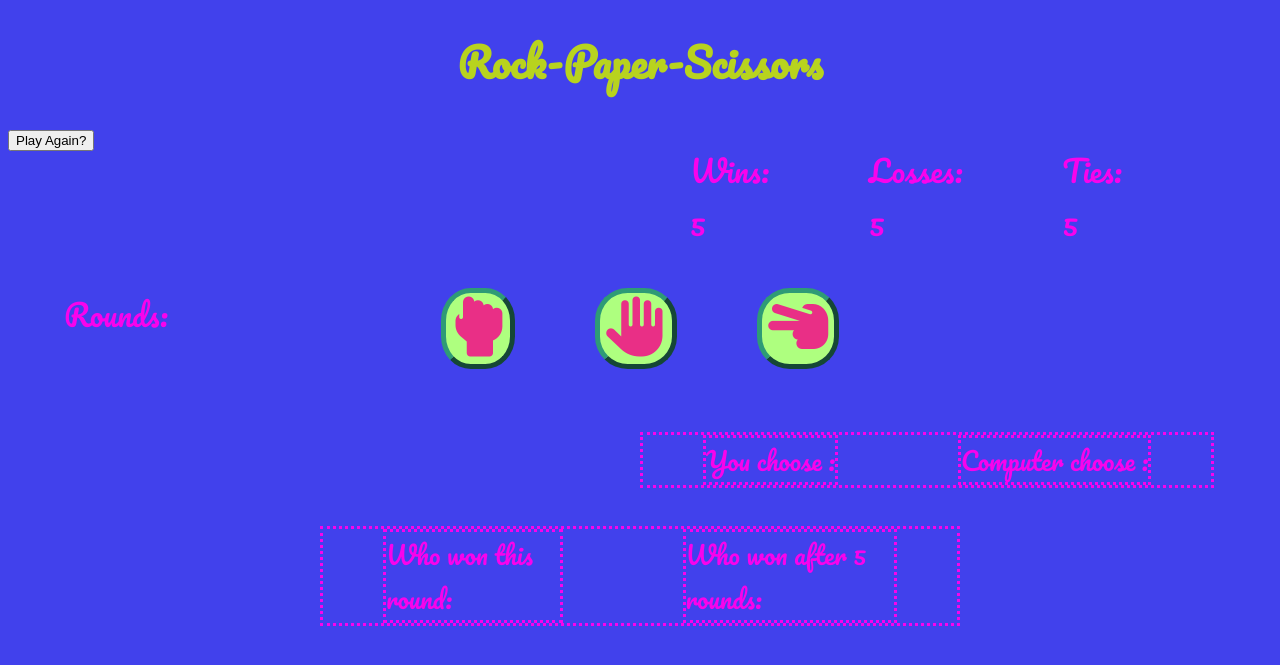
Repository: 0101chaitanya/Rock-Paper-Scissors
Page: index.html
These files come from the project's save history. The page is drawn as it stood at one moment and after the next save; the edit follows.
The browser window is 1280 px wide. The pictures show the whole page.
Some web libraries are served in a nearby version.

Above is the page before, as saved 2021-05-15 01:24:15.
Not found: linkk.js

### index.html
<!DOCTYPE html>
<html>

<head>
    <meta charset="utf-8">
    <title>Rock-Paper-Scissors</title>
    <link rel="stylesheet" href="style.css">
    <script src="https://kit.fontawesome.com/3dcaf9f6de.js" crossorigin="anonymous"></script>
    <link rel="preconnect" href="https://fonts.gstatic.com">
    <link href="https://fonts.googleapis.com/css2?family=Pacifico&display=swap" rel="stylesheet">
</head>

<body>
    <h1 id="welcome">Rock-Paper-Scissors</h1>
    <div id="div1">
        <span id="wins" class="score">Wins: 5</span>
        <span id="losses" class="score">Losses: 5</span>
        <span id="ties" class="score">Ties: 5</span>
    </div>
    <div id="div2">
        <span id="rounds">Rounds:</span>
    </div>
    <div id="div3">
        <button class="square" id="holder1" href="#"><i class="fas fa-hand-rock"></i></button>
        <button class="square" id="holder2" href="#"><i class="fas fa-hand-paper"></i></button>
        <button class="square" id="holder3" href="#"><i class="fas fa-hand-scissors"></i></button>
    </div>
    <div id="div4">
        <span id="you" class="player">You choose :</span>
        <span id="computer" class="player">Computer choose :</span>
    </div>
    <div id="div5">
        <span id="roundwin" class="round">Who won this round:</span>
        <span id="round5er" class="round">Who won after 5 rounds:</span>
    </div>
    <button id="repeat">Play Again?</button>
    <script type="text/javascript" src="linkk.js"></script>
</body>

</html>

### style.css
html{
    margin: 0;
    font-family: 'Pacifico', cursive;
    background-color:rgb(65, 65, 236);
display: block;
}

h1  {
       text-align: center;
     color:rgb(184, 211, 30) ;
    font-size: 40px;
}
#div1{
     display: flex;
     justify-content: space-evenly;
     font-size: 30px;
     color:rgb(248, 3, 236);
    position : fixed;
    top: 20%;
    left: 50%;
    right: 50%;
    }
.score {
        margin: auto 50px ;
    }
#div2 {
     display: flex;
     justify-content: space-evenly;
     font-size: 30px;
     color:rgb(248, 3, 236);
    position : fixed;
    top: 40%;
    left: 5%;
}
 #div3 {
display: flex;
flex-direction: row;
justify-content:center;
position: fixed;
top: 40%;
align-content: center;
left: 50%;
right: 50%;
padding:0;
  }
.square{
    background-color: rgb(174, 255, 127);
    font-size: 60px;
    display: inline-block;
color: rgb(233, 47, 134);
border-radius: 40%;
border-width: 5px;
border-color:rgb(46, 155, 118);
margin:auto 40px;
}
#div4 {
     display: flex;
     flex-direction: row;
     justify-content: center;
     font-size: 25px;
     color:rgb(248, 3, 236);
    position : fixed;
    top: 60%;
    padding: auto;
    border-style:dotted;
left: 50%;
right: 50;
}
.player {
    margin: auto 60px;
    display: flex;
    flex-direction: row;
    border-style:dotted;
    flex-wrap: nowrap;

}
#div5 {
     display: flex;
     flex-direction: row;
     justify-content: center;
     font-size: 25px;
     color:rgb(248, 3, 236);
    position : fixed;
    top: 73%;
    left: 25%;
    right: 25%;
    padding: auto;
    border-style:dotted;

}
.round {
    margin: auto 60px;
    display: flex;
    flex-direction: row;
    border-style:dotted;
    flex-wrap: nowrap;
}

After the next save:
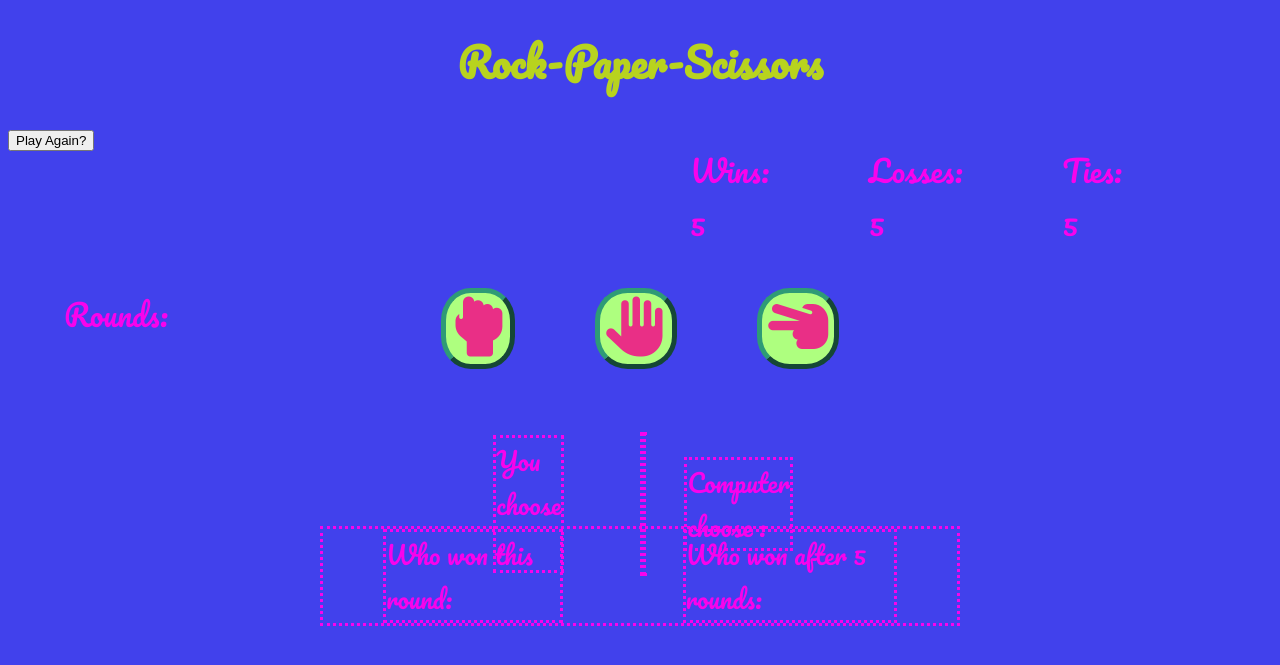
Saved 4 s later.
--- a/style.css
+++ b/style.css
@@ -64,7 +64,7 @@ margin:auto 40px;
     padding: auto;
     border-style:dotted;
 left: 50%;
-right: 50;
+right: 50%;
 }
 .player {
     margin: auto 60px;
